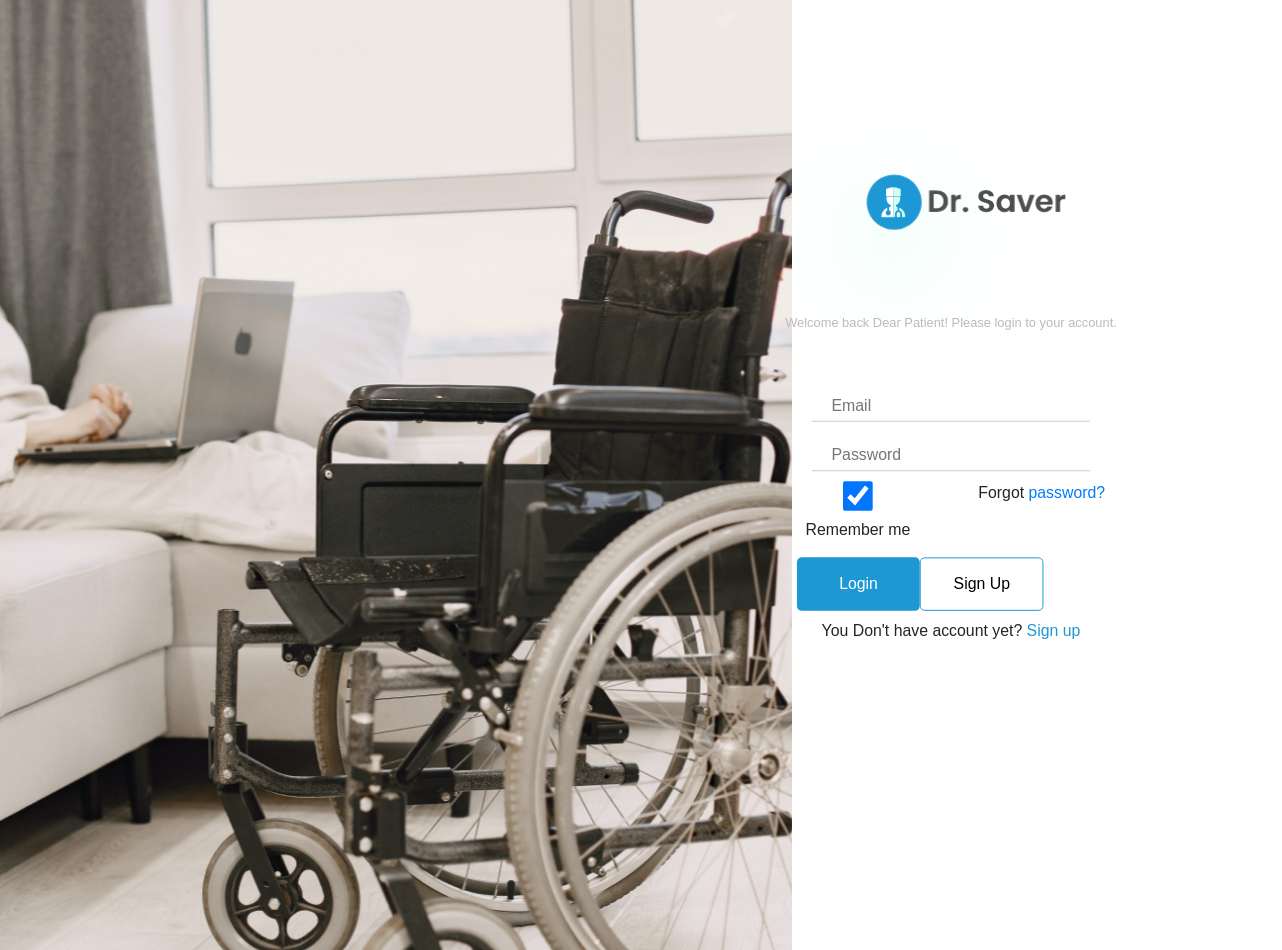
Repository: nsra/hadeel_doctor_system
Page: patient/Plogin.html
An editor plug-in stored every save of this project. The page is shown before and after a run of saves, followed by the edit.
The browser window is 1280 px wide. The page is 1295 px wide, so the pictures cover 1295 px, including what lies to the right of the window. The pictures show the whole page, at 99% of full size.
Some web fonts or font styles are not loaded; a fallback is used. Some web libraries are served in a nearby version.

Above is the page before, as saved 2022-03-29 16:59:15.

After the next 3 saves:
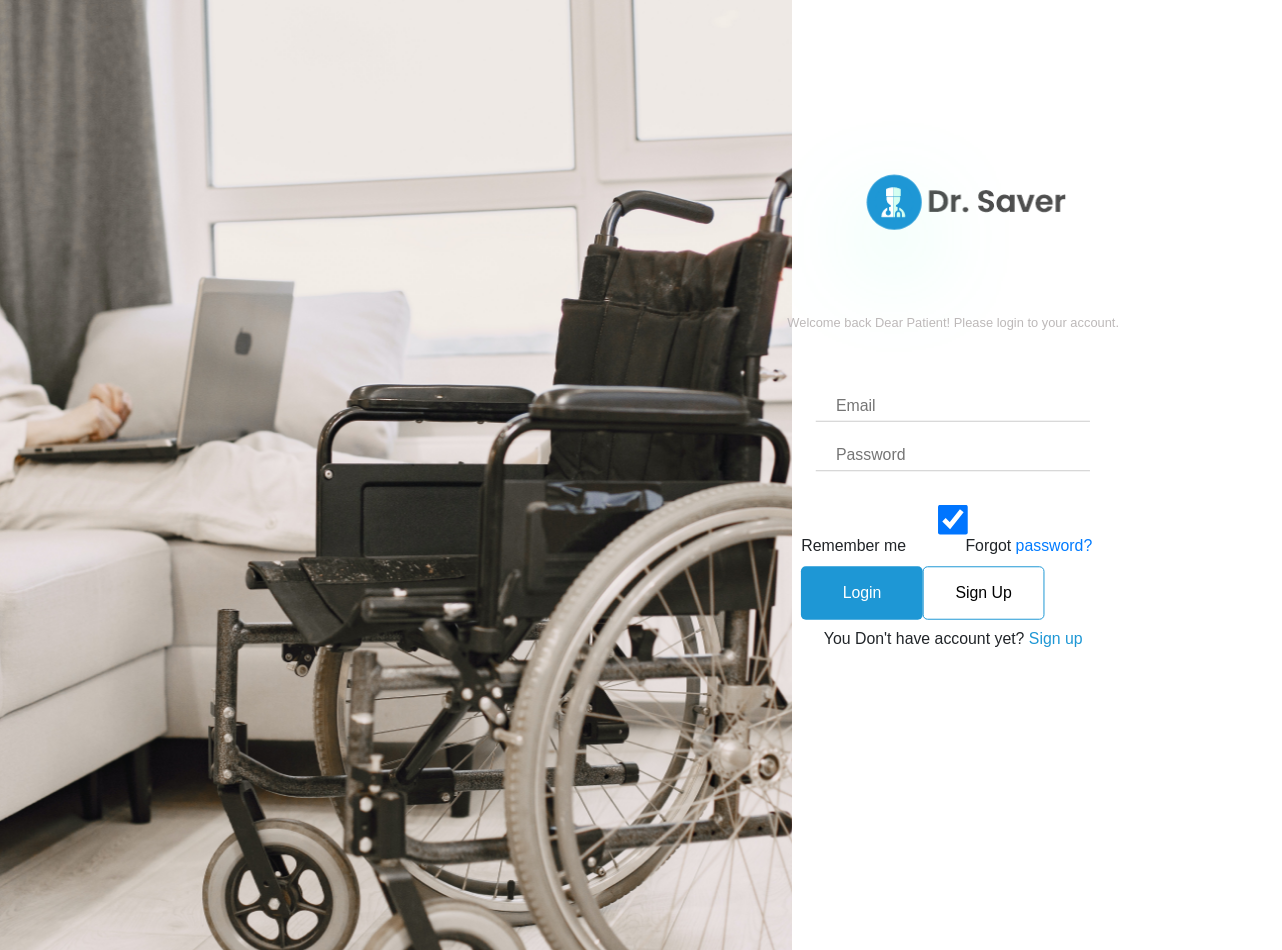
The 3 saves are shown as one change because they came seconds apart.
The last was saved 11 s later.
--- a/patient/Plogin.html
+++ b/patient/Plogin.html
@@ -31,11 +31,11 @@
 
 
               <input type="password" placeholder="Password" name="psw" required>
+          <br>
+          <div class="row"  >
 
-          <div class="row"  >
-              <label>
                 <input type="checkbox" checked="checked" name="remember"> Remember me
-              </label>
+
               <span class="psw">Forgot <a href="#">password?</a></span>
             </div>
 
